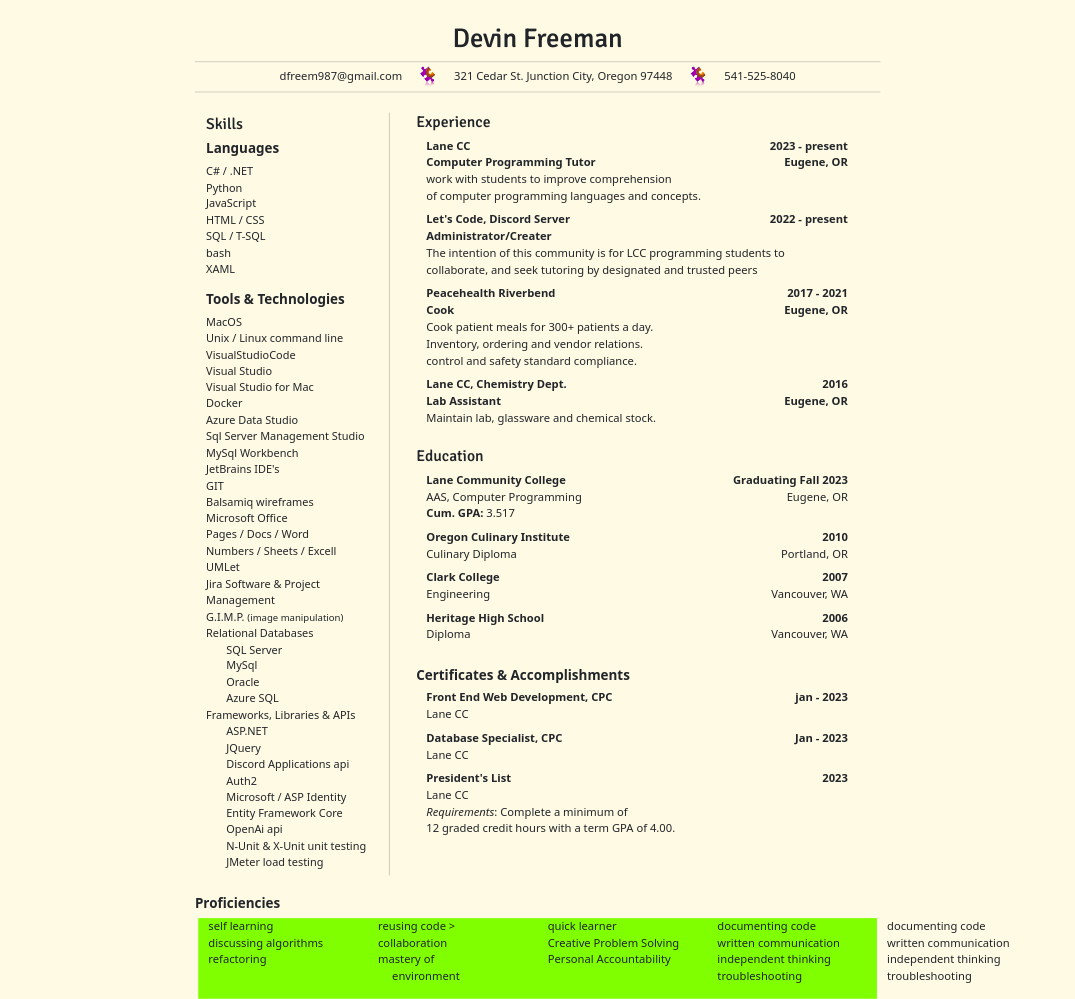
Repository: Dfreem/Resume
Page: index.html
The author's editor kept a copy of each file at every save. The page is drawn from the files as they stood at one save, then again after the next save.
The browser window is 1280 px wide. The pictures show the whole page, at 84% of full size.

Above is the page before, as saved 2023-03-04 19:55:25.

After the next save:
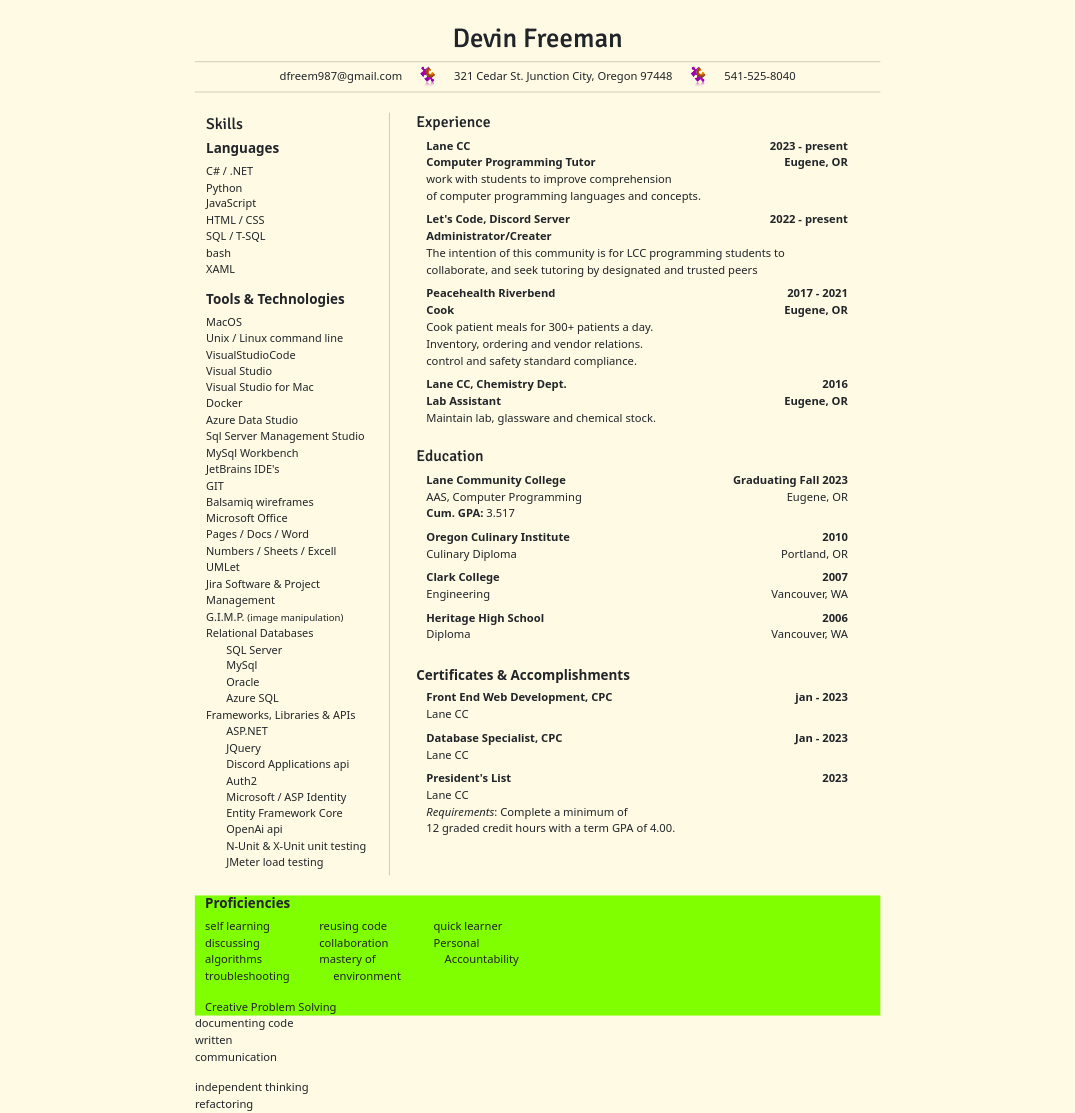
Saved 5 min 28 s later.
--- a/index.html
+++ b/index.html
@@ -344,10 +344,10 @@
         </div>
     </div>
     <!-- <hr /> -->
-    <h3>Proficiencies</h3>
-    <div class="row  profs d-flex flex-row flex-nowrap mx-1">
-
-        <div class="col-3">
+    <div class="row  profs mx-auto">
+        <h3>Proficiencies</h3>
+
+        <div class="col-2">
             <ul>
                 <li>
                     self learning
@@ -356,73 +356,61 @@
                     discussing algorithms
                 </li>
                 <li>
-                    refactoring
-                </li>
-            </ul>
-        </div>
-        <div class="col-3">
-
-          </class=>
+                    troubleshooting
+                </li>
+            </ul>
+        </div>
+        <div class="col-2">
+
             <li>
                 reusing code
-          >
+                <li>
+                    collaboration
+                </li>
+                <li>
+                    mastery of <br />&emsp; environment
+                </li>
+
+            </ul>
+        </div>
+        <div class="col-2">
+            <ul>
             <li>
-                collaboration
+                quick learner
             </li>
             <li>
-                    mastery of <br />&emsp; environment<div class="push-right ">
-                    </div>
-                </li>
-            </ul>
-        </div>
-        <div class="col-3">
+                Personal <br/>&emsp;Accountability</div>
+            </li>
+            <li>
+                Creative Problem Solving</div>
+            </li>
+        </ul>
+    </div>
+    <div class="col-2">
+        <ul>
+            <li>
+                documenting code
+            </li>
+                <li>
+                    written communication</div>
+                </li>
+            </ul>
+        </div>
+        <div class="col-2">
             <ul>
                 <li>
-                    quick learner
-                </li>
-                <li>
-                    Creative Problem Solving<div class="push-right "></div>
-                </li>
-                <li>
-                    Personal Accountability<div class="push-right "></div>
-                </li>
-            </ul>
-        </div>
-        <div class="col-3">
-            <ul>
-                <li>
-                    documenting code
-                </li>
-                <li>
-                    written communication<div class="push-right "></div>
-                </li>
-                <li>
-                    independent thinking<div class="push-right "></div>
-                </li>
-                <li>
-                    troubleshooting
-                </li>
-            </ul>
-        </div>
-        <div class="col-3">
-            <ul>
-                <li>
-                    documenting code
-                </li>
-                <li>
-                    written communication<div class="push-right "></div>
-                </li>
-                <li>
-                    independent thinking<div class="push-right "></div>
-                </li>
-                <li>
-                    troubleshooting
-                </li>
-            </ul>
-        </div>
-    </body>
-    <script src="https://cdn.jsdelivr.net/npm/bootstrap@5.3.0-alpha1/dist/js/bootstrap.bundle.min.js"
+                    independent thinking
+                </li>
+
+                <li>
+                    refactoring
+                </li>
+            </ul>
+        </div>
+    </div>
+</body>
+<script src="https://cdn.jsdelivr.net/npm/bootstrap@5.3.0-alpha1/dist/js/bootstrap.bundle.min.js"
     integrity="sha384-w76AqPfDkMBDXo30jS1Sgez6pr3x5MlQ1ZAGC+nuZB+EYdgRZgiwxhTBTkF7CXvN"
     crossorigin="anonymous"></script>
 
-</html>
+    </html>
